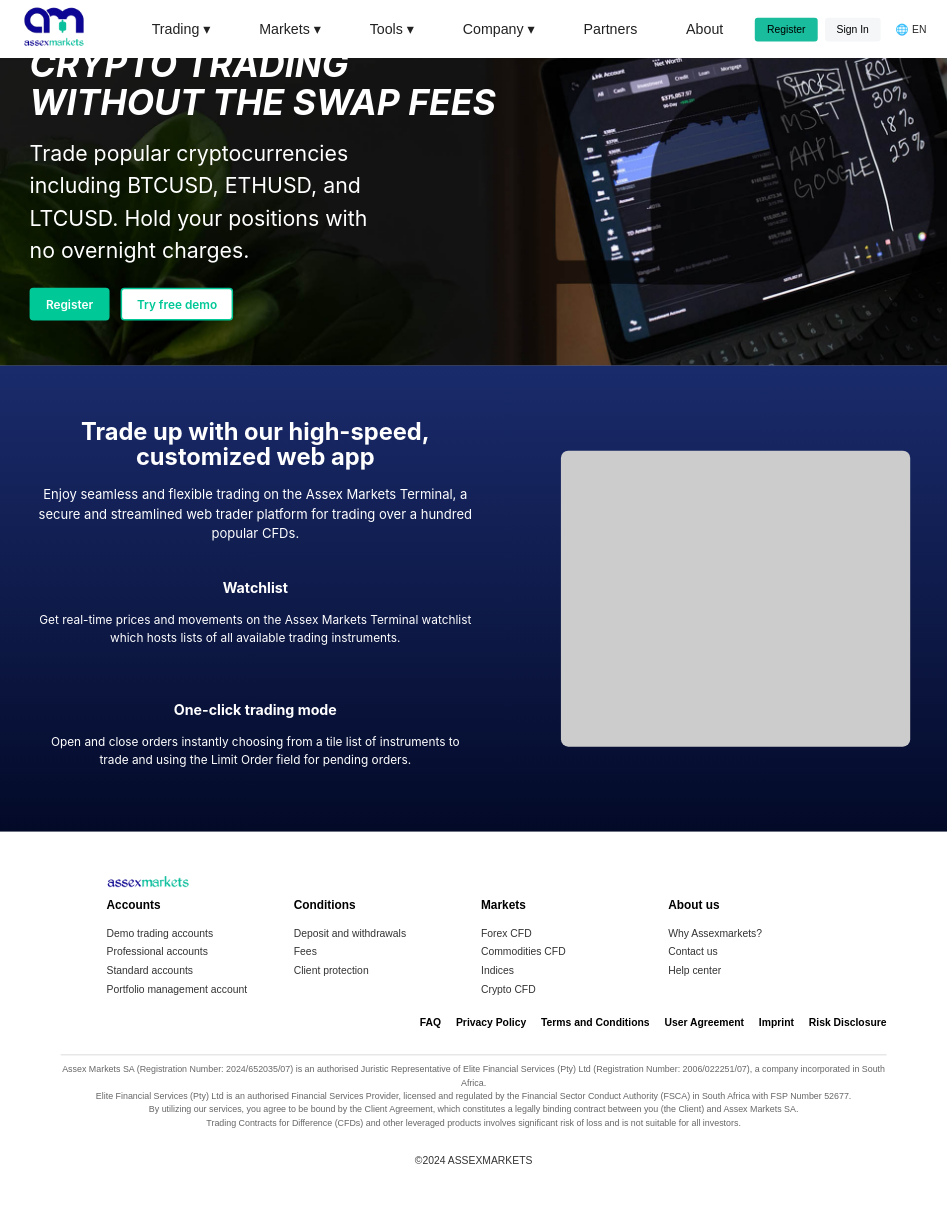
Repository: RevenewMarketing/Assex
Page: /webinar
The author's editor kept a copy of each file at every save. The page is drawn from the files as they stood at one save, then again after the next save.
The browser window is 1280 px wide. The pictures show the whole page, at 74% of full size.
The project was rebuilt for these pictures with package versions that can differ from the ones it lists, and the page was loaded fresh each time. Also part of the build but not shown: vite.config.ts, src/pages/home/sections/HeroSection.module.css, src/pages/home/sections/HeroSection.tsx, src/pages/home/sections/Section2.tsx, src/pages/home/sections/Section3.tsx, src/pages/home/sections/Section4.tsx, src/pages/home/sections/Section5.tsx, src/pages/home/sections/Section6.tsx and 32 more.

Above is the page before, as saved 2024-11-29 12:06:38.

### index.html
<!doctype html>
<html lang="en">
  <head>
    <meta charset="UTF-8" />
    <link rel="icon" type="image/svg+xml" href="/vite.svg" />
    <meta name="viewport" content="width=device-width, initial-scale=1.0" />
    <title>Assex</title>
  </head>
  <body>
    <div id="root"></div>
    <script type="module" src="/src/main.tsx"></script>
  </body>
</html>

### src/index.css
:root {
  font-family: Inter, system-ui, Avenir, Helvetica, Arial, sans-serif;
  line-height: 1.5;
  font-weight: 400;
  color-scheme: light dark;
  color: rgba(255, 255, 255, 0.87);
  background-color: #ffffff;
  font-synthesis: none;
  max-width: 1920px;
  margin: auto;
  text-rendering: optimizeLegibility;
  -webkit-font-smoothing: antialiased;
  -moz-osx-font-smoothing: grayscale;
  /* Smooth scrolling */
  scroll-behavior: smooth;
}

a {
  font-weight: 500;
  color: #646cff;
  text-decoration: inherit;
}

a:hover {
  color: #535bf2;
}

body {
  margin: 0;
  display: flex;
  place-items: center;
  min-width: 320px;
  min-height: 100vh;
  background-color: #FFF;
  /* align-content: center; */
  flex-direction: column;
  justify-content: flex-start;
}

h1 {
  font-size: 3.2em;
  line-height: 1.1;
}

button {
  border-radius: 8px;
  border: 1px solid transparent;
  padding: 0.6em 1.2em;
  font-size: 1em;
  font-weight: 500;
  font-family: inherit;
  background-color: #1a1a1a;
  cursor: pointer;
  transition: border-color 0.25s;
}

button:hover {
  border-color: #646cff;
}

button:focus,
button:focus-visible {
  outline: 4px auto -webkit-focus-ring-color;
}

@media (prefers-color-scheme: light) {
  :root {
    color: #213547;
    background-color: #ffffff;
  }

  a:hover {
    color: #747bff;
  }

  button {
    background-color: #f9f9f9;
  }
}

### src/App.tsx

import './App.css'
// import Navigation from './pages/home/Navigation'
import NavigationMenu from './components/navigation-menu/NavigationMenu'

import { BrowserRouter, Route, Routes } from 'react-router';
import Home from './pages/home/Home';
import Footer from './components/footer-section/Footer';
import About from './pages/about/About';
import Partner from './pages/partner/Partner';
import AccountTypeCrypto from './pages/account_type_crypto/AccountTypeCrypto';
import Webinar from './pages/web-terminal/Webinar';

function App() {

  return (
    <>
    <BrowserRouter>
    <NavigationMenu />
    <Routes>
      <Route path="/" element={<Home />} />
      <Route path="/about" element={<About />} />
      <Route path="/partner" element={<Partner />} />
      <Route path="/atc" element={<AccountTypeCrypto />} />
      <Route path="/webinar" element={<Webinar />} />
      {/* Define other routes */}
    </Routes>
    <Footer />
  </BrowserRouter>


    </>
  )
}

export default App

### src/App.css
#root {
  max-width: 1920px;
  width: 100%;
  margin: 0 auto;
  padding: 0;
  text-align: center;
}

.logo {
  height: 6em;
  padding: 1.5em;
  will-change: filter;
  transition: filter 300ms;
}
.logo:hover {
  filter: drop-shadow(0 0 2em #646cffaa);
}
.logo.react:hover {
  filter: drop-shadow(0 0 2em #61dafbaa);
}

@keyframes logo-spin {
  from {
    transform: rotate(0deg);
  }
  to {
    transform: rotate(360deg);
  }
}

@media (prefers-reduced-motion: no-preference) {
  a:nth-of-type(2) .logo {
    animation: logo-spin infinite 20s linear;
  }
}

.card {
  padding: 2em;
}

.read-the-docs {
  color: #888;
}

/* Auth Buttons */
.authButtons {
  /* margin-left: auto; */
  display: flex;
  gap: 10px;
}

### src/components/footer-section/Footer.tsx
import styles from './FooterStyles.module.css';
import essexLogo from '../../assets/pages/Global/2-Footer/1AssexMarket-WordMark.png';
import { Link } from 'react-router';

const footerContent = {
  accounts: [
    { title: 'Demo trading accounts', isActive: false },
    { title: 'Professional accounts', isActive: false },
    { title: 'Standard accounts', isActive: false },
    { title: 'Portfolio management account', isActive: false },
  ],
  conditions: [
    { title: 'Deposit and withdrawals', isActive: false },
    { title: 'Fees', isActive: false },
    { title: 'Client protection', isActive: false },
  ],
  markets: [
    { title: 'Forex CFD', isActive: false },
    { title: 'Commodities CFD', isActive: false },
    { title: 'Indices', isActive: false },
    { title: 'Crypto CFD', isActive: false },
  ],
  aboutUs: [
    { title: 'Why Assexmarkets?', isActive: false },
    { title: 'Contact us', isActive: false },
    { title: 'Help center', isActive: false },
  ],
  links: [
    { title: 'FAQ', isActive: false },
    { title: 'Privacy Policy', isActive: false },
    { title: 'Terms and Conditions', isActive: false },
    { title: 'User Agreement', isActive: false },
    { title: 'Imprint', isActive: false },
    { title: 'Risk Disclosure', isActive: false },
  ],
  details: [
    'Assex Markets SA (Registration Number: 2024/652035/07) is an authorised Juristic Representative of Elite Financial Services (Pty) Ltd (Registration Number: 2006/022251/07), a company incorporated in South Africa.',
    'Elite Financial Services (Pty) Ltd is an authorised Financial Services Provider, licensed and regulated by the Financial Sector Conduct Authority (FSCA) in South Africa with FSP Number 52677.',
    'By utilizing our services, you agree to be bound by the Client Agreement, which constitutes a legally binding contract between you (the Client) and Assex Markets SA.',
    'Trading Contracts for Difference (CFDs) and other leveraged products involves significant risk of loss and is not suitable for all investors.',
  ],
};

const Footer: React.FC = () => {
  return (
    <footer className={styles.footerContainer}>
      <div className={styles.logoContainer}>
        <img src={essexLogo} alt="Assex Markets Logo" />
      </div>
      <div className={styles.columnsContainer}>
        <div>
          <h4>Accounts</h4>
          <ul>
            {footerContent.accounts.map((account, index) => (
              <li
                key={index}
                className={!account.isActive ? styles.noDrag : undefined}
              >
                {account.title}
              </li>
            ))}
          </ul>
        </div>
        <div>
          <h4>Conditions</h4>
          <ul>
            {footerContent.conditions.map((condition, index) => (
              <li
                key={index}
                className={!condition.isActive ? styles.noDrag : undefined}
              >
                {condition.title}
              </li>
            ))}
          </ul>
        </div>
        <div>
          <h4>Markets</h4>
          <ul>
            {footerContent.markets.map((market, index) => (
              <li
                key={index}
                className={!market.isActive ? styles.noDrag : undefined}
              >
                {market.title}
              </li>
            ))}
          </ul>
        </div>
        <div>
          <Link to="/about">
            <h4>About us</h4>
          </Link>
          <ul>
            {footerContent.aboutUs.map((about, index) => (
              <li
                key={index}
                className={!about.isActive ? styles.noDrag : undefined}
              >
                {about.title}
              </li>
            ))}
          </ul>
        </div>
      </div>
      <div className={styles.linksContainer}>
        {footerContent.links.map((link, index) => (
          <a
            href="#"
            key={index}
            className={!link.isActive ? styles.noDrag : undefined}
          >
            {link.title}
          </a>
        ))}
      </div>
      <div className={styles.details}>
        {footerContent.details.map((detail, index) => (
          <p key={index}>{detail}</p>
        ))}
      </div>
      <div className={styles.copyright}>
        <p>©2024 ASSEXMARKETS</p>
      </div>
    </footer>
  );
};

export default Footer;

### src/pages/web-terminal/Webinar.tsx
import Section1 from "./sections/Section1"
import Section2 from "./sections/Section2"




const Webinar = () => {
  return (
    <div>
      <Section1 />
      <Section2 />

    </div>
  )
}

export default Webinar

### src/components/navigation-menu/NavigationMenu.module.css
.navigationContainer {
  position: relative;
  font-family: Arial, sans-serif;
}

/* Navigation Bar */
.navigationBar {
  position: fixed;
  top: 0;
  left: 0;
  width: 100%;
  display: flex;
  background-color: #ffffff;
  padding: 10px 20px;
  box-sizing: border-box;
  z-index: 1001;
  justify-content: center;
  align-items: center;
}

/* Menu Item Container */
.menuItemContainer {
  margin-right: 20px;
}

/* Menu Items */
.menuItem {
  background: none;
  border: none;
  color: rgb(34, 34, 34);
  font-size: 1.2rem;
  cursor: pointer;
  transition: opacity 0.3s;
}

.menuItem:hover {
  opacity: 0.7;
}

.active {
  opacity: 0.5;
}

.navLogo {
  margin-right: 5dvw;
}

.languageSelector {
  margin-left: 20px;
  display: flex;
  align-items: center;
  font-size: 14px;
  color: #000000d8;
  cursor: pointer;
}

.globeIcon {
  margin-right: 5px;

}

/* Submenu */
.submenu {
  position: fixed;
  top: 50px;
  left: 0;
  width: 100%;
  height: 300px;
  background-color: #ffffff;
  box-shadow: 0 4px 8px rgba(0, 0, 0, 0.2);
  padding: 20px;
  box-sizing: border-box;
  z-index: 1000;
  opacity: 0;
  transform: translateY(-100%);
}

.submenuContent {
  display: flex
  ;
      justify-content: flex-start;
      gap: 10dvw;
      padding: 0 5dvw;
}

.submenuSection h4 {
  color: #00b074;
  font-size: 1.2rem;
}

.submenuSection p {
  font-size: 1.2rem;
}

.submenuSection {
  text-align: left;
}

.submenuSection a {
  color: #000000;
  text-decoration: none;
  cursor: pointer;
  transition: color 0.3s;
}

.submenuSection a:hover {
  color: #00b074;
  transition: color 0.3s;
}

/* Fade In Animation */
.fadeIn {
  animation: slide-in-top 0.3s cubic-bezier(0.25, 0.46, 0.45, 0.94) forwards;
}

@keyframes slide-in-top {
  0% {
    transform: translateY(-100%);
    opacity: 0;
  }
  100% {
    transform: translateY(0);
    opacity: 1;
  }
}

/* Fade Out Animation */
.fadeOut {
  animation: slide-out-top 0.3s cubic-bezier(0.25, 0.46, 0.45, 0.94) forwards;
}

@keyframes slide-out-top {
  0% {
    transform: translateY(0);
    opacity: 1;
  }
  100% {
    transform: translateY(-100%);
    opacity: 0;
  }
}





/* Overlay */
.overlay {
  position: fixed;
  top: 50px;
  left: 0;
  width: 100%;
  height: calc(100% - 50px);
  background: rgba(0, 0, 0, 0.5);
  z-index: 999;
  opacity: 0;
  visibility: hidden;
  transition: opacity 0.3s ease, visibility 0.3s ease;
}

.fadeInOverlay {
  opacity: 1;
  visibility: visible;
  backdrop-filter: blur(5px);
}

.fadeOutOverlay {
  opacity: 0;
  visibility: hidden;
}

/* Page Content */
.pageContent {
  /* padding: 80px 20px 20px 20px; */
  transition: opacity 0.3s;
}

.dimmed {
  opacity: 0.3;
}

### src/components/ReusableButton.tsx

import styles from './GlobalComponentStyles.module.css';

type Props = {
  link?: string;
  text: string;
  type: 'register' | 'sign-in' | 'logout' | 'profile' | 'settings' | 'help' | 'free-trial' | 'learn-more' | 'dark' | 'light';
};

export default function ReusableButton({ link, text, type }: Props) {
  return (
      <button
      style={{
        backgroundColor: type === 'register' ? '#19BC9C' :
        type === 'sign-in' ? '#F4F6F7' :
        type === 'logout' ? '#FF6347' :
        type === 'profile' ? '#FFA07A' :
        type === 'settings' ? '#FF7F50' :
        type === 'help' ? '#FFA500' :
        type === 'free-trial' ? '#FFD700' :
        type === 'learn-more' ? '#FF4500' :
        type === 'dark' ? '#4C4B4D' :
        type === 'light' ? '#fff' : '#000',
        color: type === 'dark' ? '#fff' : '#000'
      }}
        className={styles.registerButton}
        onClick={() => window.open(link, '_blank')}
      >{text}
      </button>

  );
}

### src/components/footer-section/FooterStyles.module.css
.footerContainer {
  background-color: #ffffff;
  color: #333;
  padding: 60px 20px;
  font-family: Arial, sans-serif;
  font-size: 14px;
  line-height: 1.8;
}

.footerContainer h4 {
  font-size: 16px;
  font-weight: bold;
  margin-bottom: 10px;
  color: #000;
  text-align: left;
  margin-top: 0;
}

.footerContainer ul {
  list-style-type: none;
  padding: 0;
  margin: 0;
  text-align: left;
}

.footerContainer ul li {
  margin-bottom: 0px;
  cursor: pointer;
}

.footerContainer ul li:hover {
  color: #00b894;
}

.footerContainer .columnsContainer {
  display: flex;
  justify-content: space-between;
  gap: 20px;
  flex-wrap: wrap;
  margin-bottom: 40px;
  width: 80%;
  margin: auto;
}

.noDrag {
  cursor: no-drop !important;
}

.footerContainer .columnsContainer>div {
  flex: 1;
  min-width: 180px;
  /* Ensures alignment and proper spacing */
}

.linksContainer {
  display: flex;
  gap: 20px;
  justify-content: flex-end;
  width: 95%;
}

.linksContainer a {
  color: #000000 !important;
  font-weight: 600;
}

.footerContainer .linksContainer {
  text-align: center;
  margin: 20px 0 30px;
}

.footerContainer .linksContainer a {
  color: #007bff;
  text-decoration: none;
  margin: 0px;
  font-size: 14px;
}

.footerContainer .linksContainer a:hover {
  text-decoration: underline;
}

.footerContainer .details {
  font-size: 12px;
  color: #666;
  line-height: 1.5;
  margin: 20px auto;
  text-align: center;
  width: 90%;
  border-top: 1px solid #80808061;
  padding-top: 10px;
}

.footerContainer .details p {
  margin-bottom: 15px;
}

.footerContainer .logoContainer {
  text-align: left;
  margin: auto;
  width: 80%;
}

.footerContainer .logoContainer img {
  max-width: 150px;
}

.footerContainer .copyright {
  text-align: center;
  font-size: 14px;
  margin-top: 30px;
}


.details p {
  margin: 0 !important;
}

### src/pages/web-terminal/sections/Section1.tsx

import styles from './Section1.module.css';

const textContent = {
  title: 'CRYPTO TRADING WITHOUT THE SWAP FEES',
  subtitle: 'Trade popular cryptocurrencies including BTCUSD, ETHUSD, and LTCUSD. Hold your positions with no overnight charges.',
  registerButton: 'Register',
  demoButton: 'Try free demo',
};

const Section1: React.FC = () => {
  return (
    <section className={styles.container}>
    <div className={styles.textContainer}>
       <i> <h1 className={styles.title}>{textContent.title}</h1></i>
        <p className={styles.subtitle}>{textContent.subtitle}</p>
    </div>
      <div className={styles.buttonsContainer}>
        <button className={`${styles.button} ${styles.primaryButton}`}>{textContent.registerButton}</button>
        <button className={styles.button}>{textContent.demoButton}</button>
      </div>
    </section>
  );
};

export default Section1;

### src/pages/web-terminal/sections/Section2.tsx
import React from 'react';
import styles from './Section2.module.css';

const content = {
  title: "Trade up with our high-speed, customized web app",
  description:
    "Enjoy seamless and flexible trading on the Assex Markets Terminal, a secure and streamlined web trader platform for trading over a hundred popular CFDs.",
  watchlistTitle: "Watchlist",
  watchlistDescription:
    "Get real-time prices and movements on the Assex Markets Terminal watchlist which hosts lists of all available trading instruments.",
  tradingModeTitle: "One-click trading mode",
  tradingModeDescription:
    "Open and close orders instantly choosing from a tile list of instruments to trade and using the Limit Order field for pending orders.",
};

const Section2: React.FC = () => {
  return (
    <div className={styles.section}>
      <div className={styles.textContainer}>
        <h1 className={styles.title}>{content.title}</h1>
        <p className={styles.description}>{content.description}</p>
        <div className={styles.features}>
          <div className={styles.feature}>
            <h2 className={styles.featureTitle}>{content.watchlistTitle}</h2>
            <p className={styles.featureDescription}>
              {content.watchlistDescription}
            </p>
          </div>
          <div className={styles.feature}>
            <h2 className={styles.featureTitle}>
              {content.tradingModeTitle}
            </h2>
            <p className={styles.featureDescription}>
              {content.tradingModeDescription}
            </p>
          </div>
        </div>
      </div>
      <div className={styles.imagePlaceholder}></div>
    </div>
  );
};

export default Section2;

### src/components/GlobalComponentStyles.module.css


.registerButton {
  background-color: #00b074;
  color: white;
  border: none;
  padding: 8px 16px;
  font-size: 14px;
  border-radius: 4px;
  cursor: pointer;
}

.signInButton {
  background-color: #f4f4f4;
  color: #333;
  border: 1px solid #ccc;
  padding: 8px 16px;
  font-size: 14px;
  border-radius: 4px;
  cursor: pointer;
}

### src/pages/web-terminal/sections/Section1.module.css
.container {
  background-image: url('../../../assets/pages/Crypto/1-cryptoBanner.jpg'); /* Replace with your background image path */
  background-size: cover;
  background-position: center;
  background-repeat: no-repeat;
  min-height: 63dvh;
  display: flex;
  flex-direction: column;
  justify-content: center;
  align-items: flex-start;
  padding: 20px 40px;
  background-color: rgba(0, 0, 0, 0.73);
  max-width: inherit;
}

@media (max-width: 768px) {
  .container {
    height: auto;
    padding: 15px;
  }
}

.title {
  font-size: 3rem; /* Reduced from 5rem for better scaling */
  font-weight: 700;
  color: white;
  margin: 0 0 20px;
  text-align: left;
}

@media (max-width: 768px) {
  .title {
    font-size: 2.2rem; /* Scaled down for smaller screens */
    margin-bottom: 15px;
  }
}

.textContainer {
  width: 55%;
}

@media (max-width: 768px) {
  .textContainer {
    width: 100%; /* Ensure text occupies full width on smaller screens */
  }
}

.subtitle {
  font-size: 1.8rem; /* Reduced from 2rem for consistency */
  color: white;
  margin: 0 0 30px;
  text-align: left;
  width: 72%;
}

@media (max-width: 768px) {
  .subtitle {
    font-size: 1.2rem; /* Adjusted for smaller screens */
    margin-bottom: 20px;
    width: 100%; /* Occupy full width for better readability */
  }
}

.buttonsContainer {
  display: flex;
  gap: 15px;
}

@media (max-width: 768px) {
  .buttonsContainer {
    flex-direction: column;
    gap: 10px;
  }
}

.button {
  background-color: white;
  color: #00c897;
  border: 2px solid #00c897;
  border-radius: 5px;
  font-size: 1rem; /* Consistent button text size */
  font-weight: 600;
  padding: 10px 20px;
  cursor: pointer;
  transition: all 0.3s ease;
}

.button:hover {
  background-color: #e8f8f4;
}

.primaryButton {
  background-color: #00c897;
  color: white;
}

.primaryButton:hover {
  background-color: #00b087;
}

@media (max-width: 768px) {
  .button {
    width: 100%;
    text-align: center;
  }
}

### src/pages/web-terminal/sections/Section2.module.css
.section {
  display: flex;
  justify-content: space-between;
  align-items: center;
  background: linear-gradient(to bottom, #1a2b6c, #030a28);
  color: #ffffff;
  padding: 50px;
}

.textContainer {
  max-width: 50%;
}

.title {
  font-size: 2rem;
  font-weight: bold;
  margin-bottom: 20px;
}

.description {
  font-size: 1.1rem;
  margin-bottom: 30px;
}

.features {
  display: flex;
  flex-direction: column;
  gap: 20px;
}

.feature {
  margin-bottom: 20px;
}

.featureTitle {
  font-size: 1.2rem;
  font-weight: bold;
}

.featureDescription {
  font-size: 1rem;
  line-height: 1.5;
}

.imagePlaceholder {
  width: 40%;
  height: 400px;
  background: #ccc;
  border-radius: 10px;
}

Loaded but not shown: src/main.tsx (common file); src/components/navigation-menu/NavigationMenu.tsx (271 lines, source omitted)

After the next save:
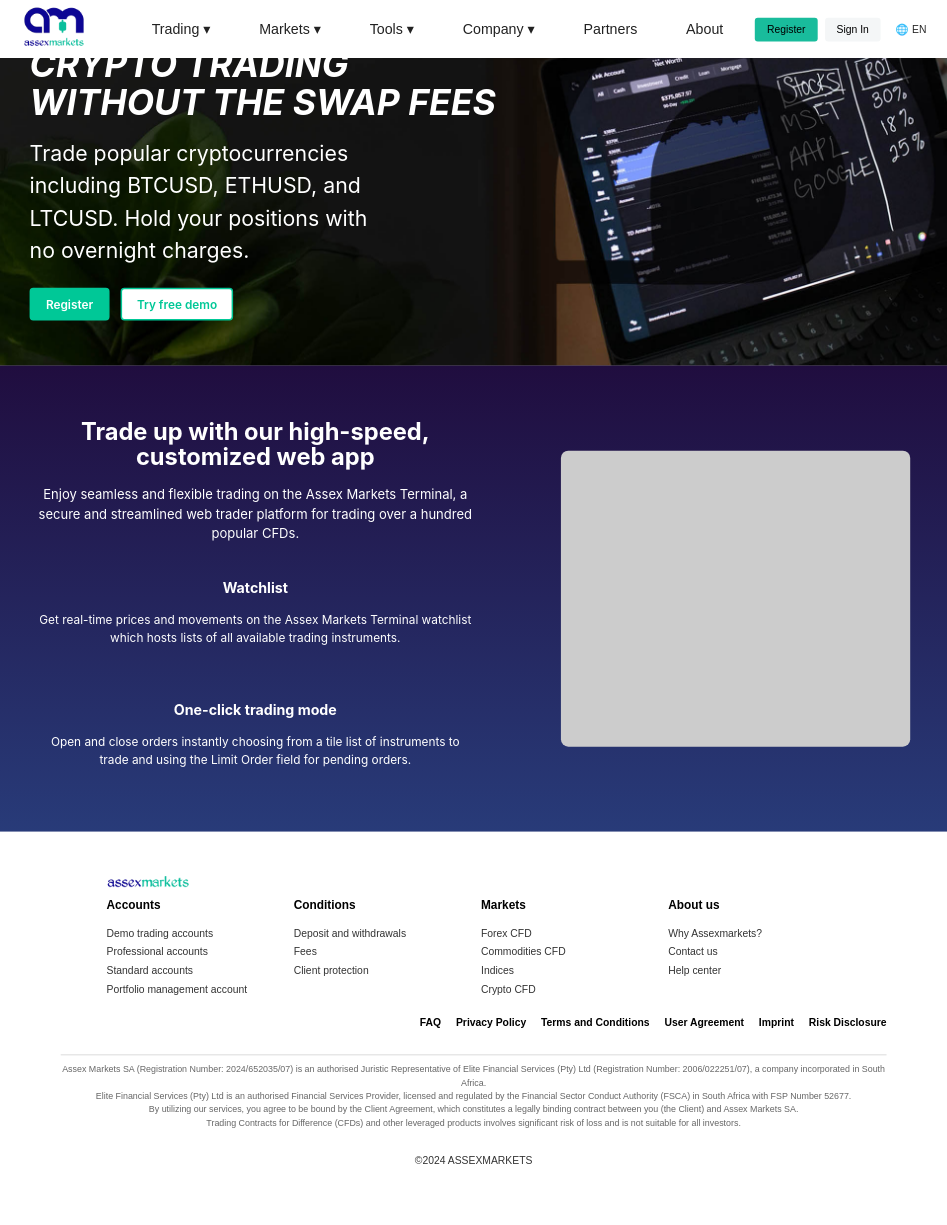
Saved 37 s later.
--- a/src/pages/web-terminal/sections/Section2.module.css
+++ b/src/pages/web-terminal/sections/Section2.module.css
@@ -2,7 +2,8 @@
   display: flex;
   justify-content: space-between;
   align-items: center;
-  background: linear-gradient(to bottom, #1a2b6c, #030a28);
+  background: rgb(40, 59, 121);
+  background: linear-gradient(0deg, rgba(40, 59, 121, 1) 0%, rgba(32, 13, 63, 1) 100%);
   color: #ffffff;
   padding: 50px;
 }
